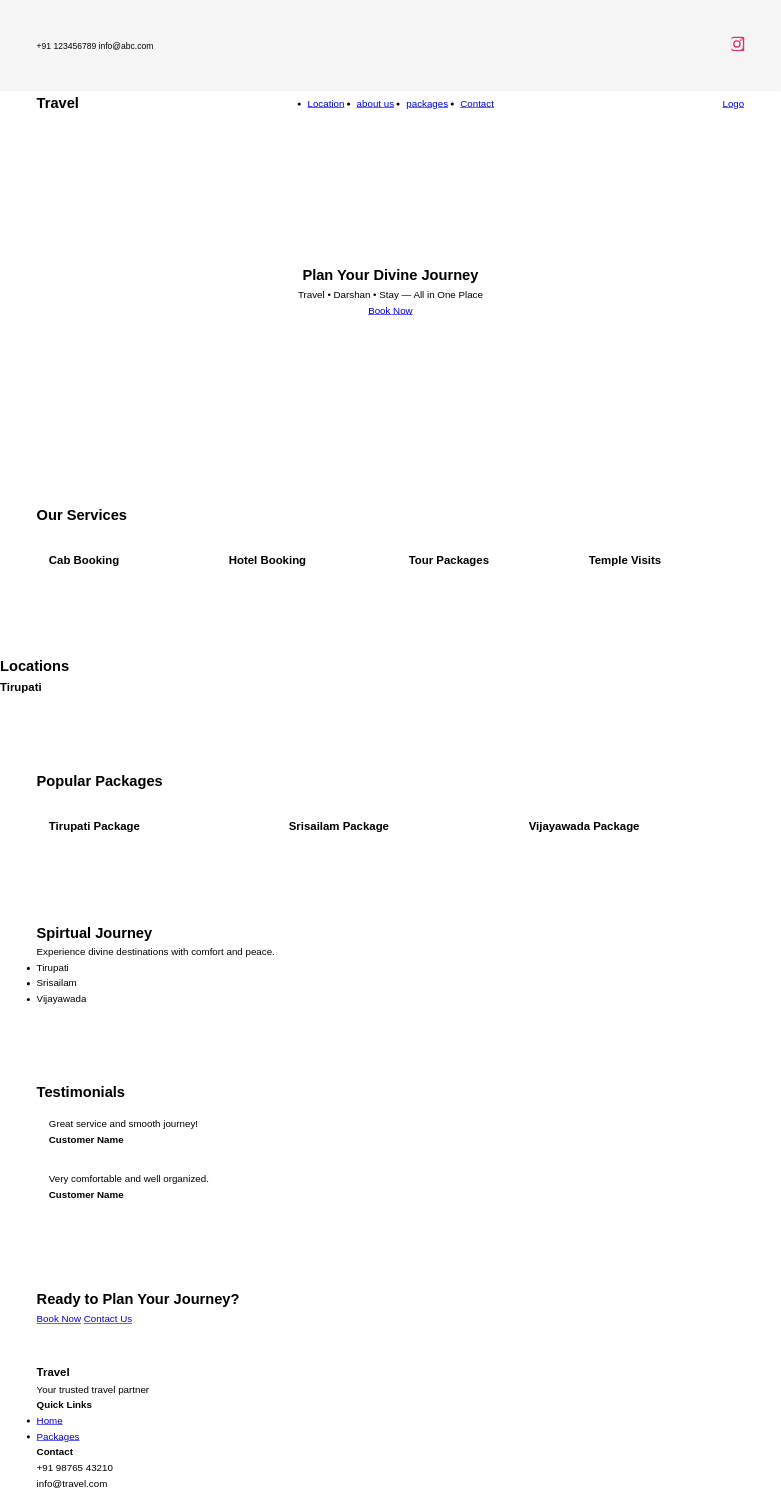
Repository: heytirupati/Bookingweb
Page: index.html
These files come from the project's save history. The page is drawn as it stood at one moment and after a run of saves; the edit follows.
The browser window is 1280 px wide. The pictures show the whole page, at 61% of full size.

Above is the page before, as saved 2026-03-27 11:46:10.

### index.html
<!DOCTYPE html>

<html lang="en">


    <link rel="stylesheet" href="css/style.css">
<head>
    <meta charset="UTF-8">
    <meta name="viewport" content="width=device-width, initial-scale=1.0">
    <title> Travel Website</title>
</head>
<body>


<!-- this is top bar section  -->
    <section class="top-bar">
        <div class="container">
            <div class="top-left">
                <span> +91 123456789</span>
                <span>info@abc.com</span>
            </div>
            <div class="top-right"></div>
            <a href="instalink here" target="blank">
                <svg xmlns="http://www.w3.org/2000/svg" width="24" height="24" fill="#E1306C" viewBox="0 0 24 24">
                    <path d="M12 2.163c3.204 0 3.584.012 4.849.07 1.366.062 2.633.34 3.608 1.316.975.975 1.254 2.242 1.316 3.608.058 1.265.069 1.645.069 4.849s-.012 3.584-.07 4.849c-.062 1.366-.34 2.633-1.316 3.608-.975.975-2.242 1.254-3.608 1.316-1.265.058-1.645.069-4.849.069s-3.584-.012-4.849-.07c-1.366-.062-2.633-.34-3.608-1.316-.975-.975-1.254-2.242-1.316-3.608C2.175 15.584 2.163 15.204 2.163 12s.012-3.584.07-4.849c.062-1.366.34-2.633 1.316-3.608C4.524 2.573 5.791 2.294 7.157 2.232 8.422 2.175 8.802 2.163 12 2.163zm0-2.163C8.741 0 8.332.013 7.052.072 5.78.131 4.658.414 3.732 1.34 2.806 2.266 2.523 3.388 2.464 4.66 2.405 5.941 2.392 6.35 2.392 12c0 5.65.013 6.059.072 7.34.059 1.272.342 2.394 1.268 3.32.926.926 2.048 1.209 3.32 1.268 1.281.059 1.69.072 7.34.072s6.059-.013 7.34-.072c1.272-.059 2.394-.342 3.32-1.268.926-.926 1.209-2.048 1.268-3.32.059-1.281.072-1.69.072-7.34s-.013-6.059-.072-7.34c-.059-1.272-.342-2.394-1.268-3.32-.926-.926-2.048-1.209-3.32-1.268C18.059.013 17.65 0 12 0z"/>
                    <path d="M12 5.838a6.162 6.162 0 1 0 0 12.324 6.162 6.162 0 0 0 0-12.324zm0 10.162a3.999 3.999 0 1 1 0-7.998 3.999 3.999 0 0 1 0 7.998z"/>
                    <circle cx="18.406" cy="5.594" r="1.44"/>

                </svg>
            </a>

        </div>

    </section>



    <!-- this is nav section  -->

    <header class="navbar">
        <div class="container">
            <div class="logo">
                <h2>Travel</h2>
            </div>

            <nav class="nav-menu">
                <ul>
                    <li><a href="#">Location</a></li>
                    <li><a href="#">about us</a></li>
                    <li><a href="#">packages</a></li>
                    <li><a href="#">Contact</a></li>

                </ul>

            </nav>
            <div class="top-left">
                <a href="#">Logo</a>

            </div>

        </div>

    </header>

    <section class="hero">
        <div class="container">
            <h1>Plan Your Divine Journey</h1>
            <p>Travel • Darshan • Stay — All in One Place</p>
            <div class="nav-btn">
                <a href="#">Book Now</a>
            </div>
        </div>
    </section>

    <section>
        <div class="services">
            <div class="container">
                <h2>Our Services</h2>
                <div class="service-cards">
                     <div class="card">
                    <h3>Cab Booking</h3>
                </div>

                <div class="card">
                    <h3>Hotel Booking</h3>
                </div>

                <div class="card">
                    <h3>Tour Packages</h3>
                </div>

                <div class="card">
                    <h3>Temple Visits</h3>
                </div>

            </div>

        </div>
    </section>


<!-- this is Location section  -->

<section class="locations">
    <h2>Locations</h2>
            <div class="location-card">
                <h3>Tirupati</h3>
            </div>
    </div>
</section>


<!-- this is popular package section  -->
<section class="packages">
        <div class="container">
            <h2>Popular Packages</h2>
            <div class="package-cards">

                <div class="card">
                    <h3>Tirupati Package</h3>
                </div>

                <div class="card">
                    <h3>Srisailam Package</h3>
                </div>

                <div class="card">
                    <h3>Vijayawada Package</h3>
                </div>

            </div>
        </div>
    </section>
<!-- this is Spirtual Journey section  -->
    <section class="spiritual">
        <div class="container">
            <div class="spiritual-content">
                <h2>Spirtual Journey</h2>
                <p>
                    Experience divine destinations with comfort and peace.
                </p>
                <ul>
                    <li>Tirupati</li>
                    <li>Srisailam</li>
                    <li>Vijayawada</li>
                </ul>

            </div>
            <div class="spiritual-image">
                <!-- Image goes here -->
            </div>
        </div>

    </section>
<!-- 8. Testimonials -->
    <section class="testimonials">
        <div class="container">
            <h2>Testimonials</h2>
            <div class="testimonial-cards">

                <div class="card">
                    <p>Great service and smooth journey!</p>
                    <h4>Customer Name</h4>
                </div>

                <div class="card">
                    <p>Very comfortable and well organized.</p>
                    <h4>Customer Name</h4>
                </div>

            </div>
        </div>
    </section>

    <!-- 9. CTA Section -->
    <section class="cta">
        <div class="container">
            <h2>Ready to Plan Your Journey?</h2>
            <a href="#">Book Now</a>
            <a href="#">Contact Us</a>
        </div>
    </section>

    <!-- 10. Footer -->
    <footer class="footer">
        <div class="container">

            <div class="footer-col">
                <h3>Travel</h3>
                <p>Your trusted travel partner</p>
            </div>

            <div class="footer-col">
                <h4>Quick Links</h4>
                <ul>
                    <li><a href="#">Home</a></li>
                    <li><a href="#">Packages</a></li>
                </ul>
            </div>

            <div class="footer-col">
                <h4>Contact</h4>
                <p>+91 98765 43210</p>
                <p>info@travel.com</p>
            </div>

        </div>
    </footer>











</body>
</html>

### css/style.css
* {
    margin: 0;
    padding: 0;
    box-sizing:border-box ;

}

body{
    font-family: Arial,sans-serif;
    line-height: 1.6;
}

.container{
    max-width: 1200px;
    margin: auto;
    padding: 0 20px;
}

section{
    padding: 60px 0;
}

.flex{
    display: flex;
    justify-content: space-between;
    align-items: center;
}

.top-bar{
    background-color : #f5f5f5 ;
    font-size: 14px;
}

.top-bar .container{
    display: flex;
    justify-content: space-between;
    align-items: center;
}

.navbar{
    background-color: #fff;

}

.navbar .container{
    display: flex;
    justify-content: space-between;
    align-items: center;
}
.nav-menu ul{
    display: flex;
    justify-content: space-between;
    gap: 20px;
}

.hero{
    height: 80vh;
    display: flex;
    align-items: center;
    text-align: center;
}

.service-cards,
.package-cards,
.testimonal-cards{
    display: flex;
    gap: 20px;
    margin-top: 20px;
}

.card{
    flex:1;
    padding: 20px;
    border: 1px;
}

After the next 3 saves:
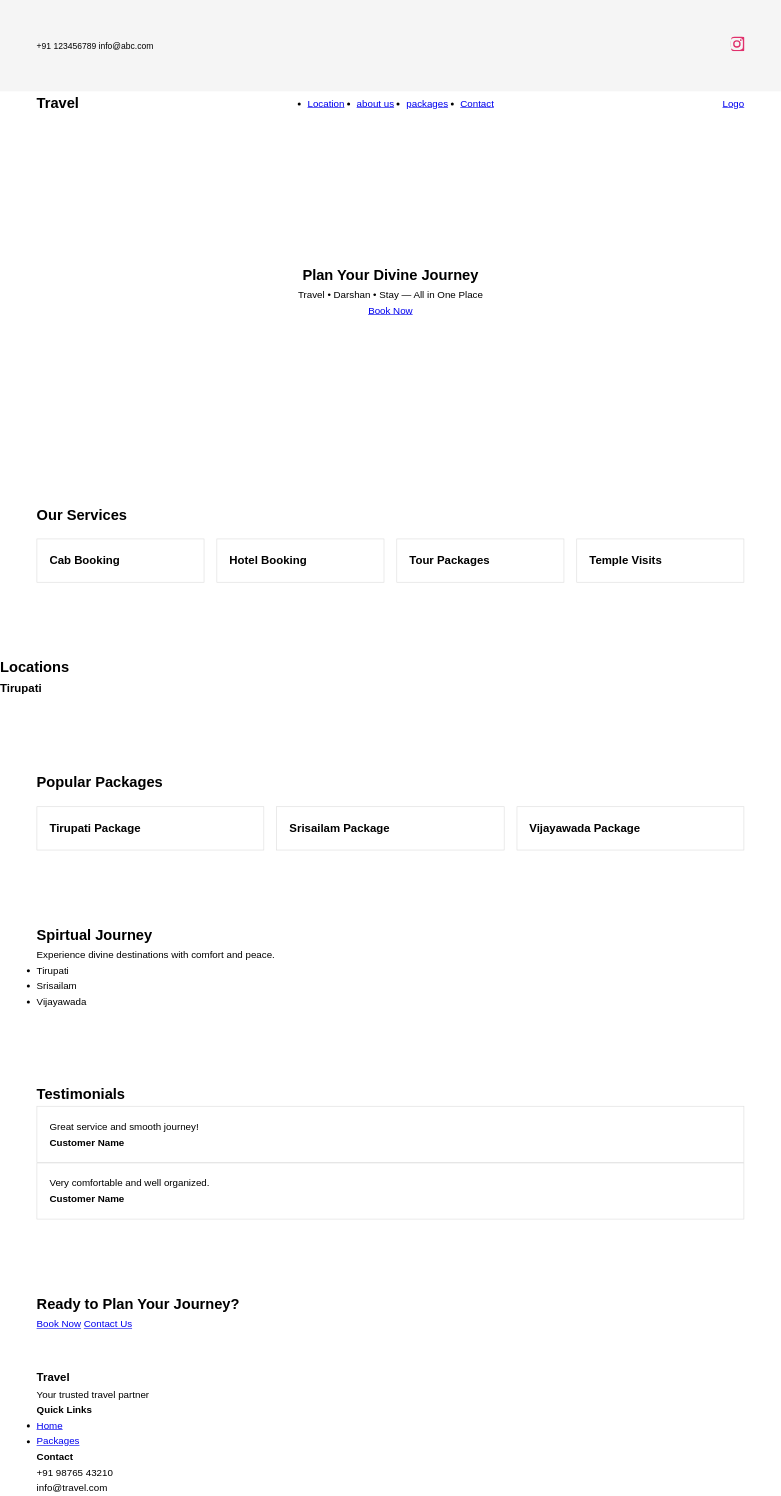
The 3 saves are shown as one change because they came seconds apart.
The last was saved 9 s later.
--- a/css/style.css
+++ b/css/style.css
@@ -71,5 +71,5 @@ section{
 .card{
     flex:1;
     padding: 20px;
-    border: 1px;
+    border: 1px solid#ddd;
 }
